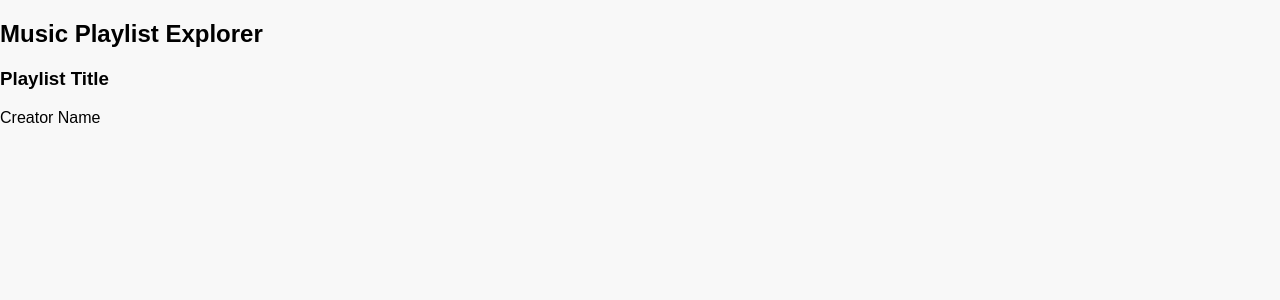
Repository: valentinaarojas/music-player-explorer
Page: index.html
The author's editor kept a copy of each file at every save. The page is drawn from the files as they stood at one save, then again after a run of saves.
The browser window is 1280 px wide. The pictures show the whole page.

Above is the page before, as saved 2025-02-18 18:05:57.
Console error: SyntaxError: Unexpected token '{'

After the next 5 saves:
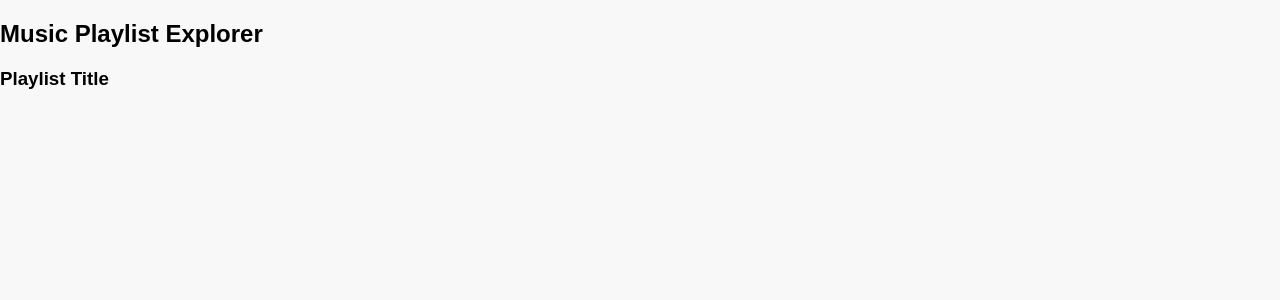
The 5 saves are shown as one change because they came seconds apart.
The last was saved 16 s later.
--- a/index.html
+++ b/index.html
@@ -24,8 +24,8 @@
                 <!-- IMG -->
                 <div class="playlist-cover">
                     <h3>Playlist Title</h3>
-                    <p>Creator Name</p>
                 </div>
+                <div class="playlist-
             </div>
         </div>
     </main>
